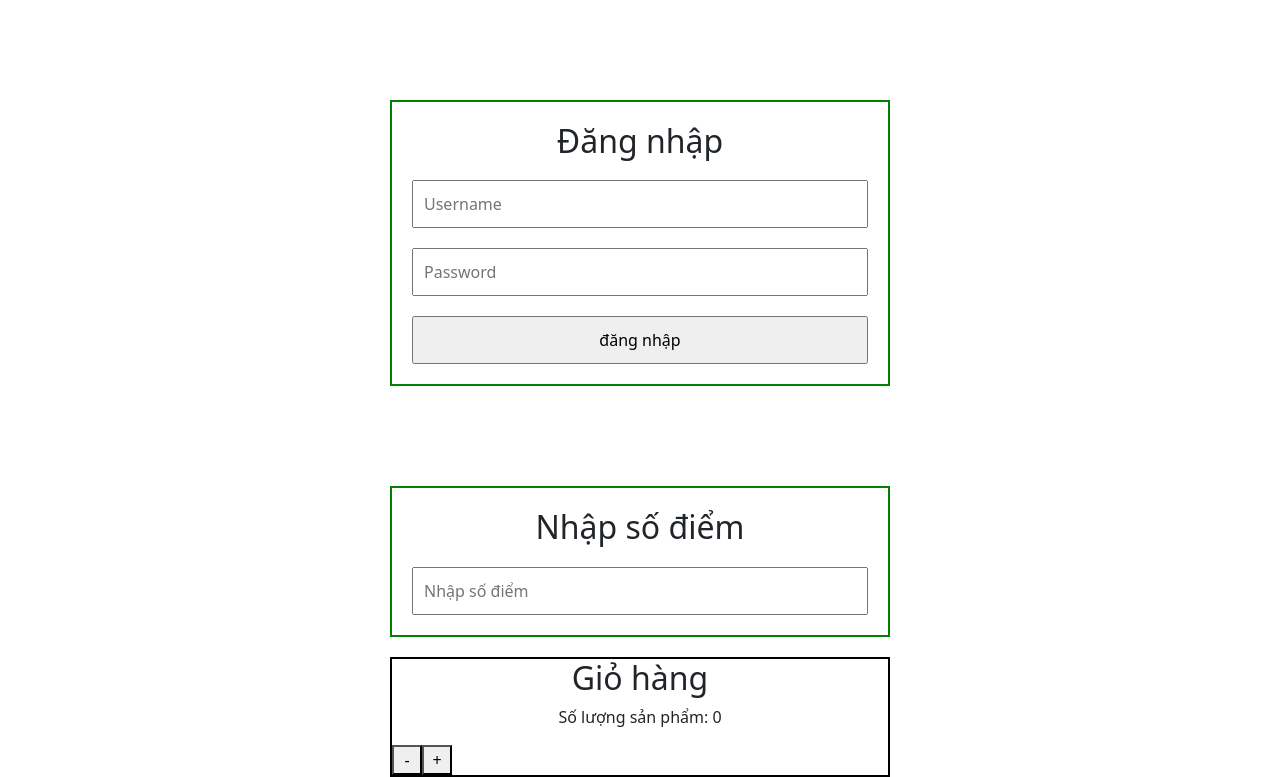
Repository: Phong-poor/frontendframework
Page: / (app in vue-lab-asm/)
An editor plug-in stored every save of this project. The page is shown before and after the next save, followed by the edit.
The browser window is 1280 px wide. The pictures show the whole page.
The project was rebuilt for these pictures with package versions that can differ from the ones it lists, and the page was loaded fresh each time. Also part of the build but not shown: vue-lab-asm/vite.config.js, vue-lab-asm/src/components/Lab1.vue, vue-lab-asm/src/components/product.vue, vue-lab-asm/src/components/Dangnhap.vue, vue-lab-asm/src/components/NotFound.vue, vue-lab-asm/src/components/Dangky.vue, vue-lab-asm/src/components/admin.vue, vue-lab-asm/src/components/admin-category.vue.

Above is the page before, as saved 2025-10-07 18:46:49.

After the next save:
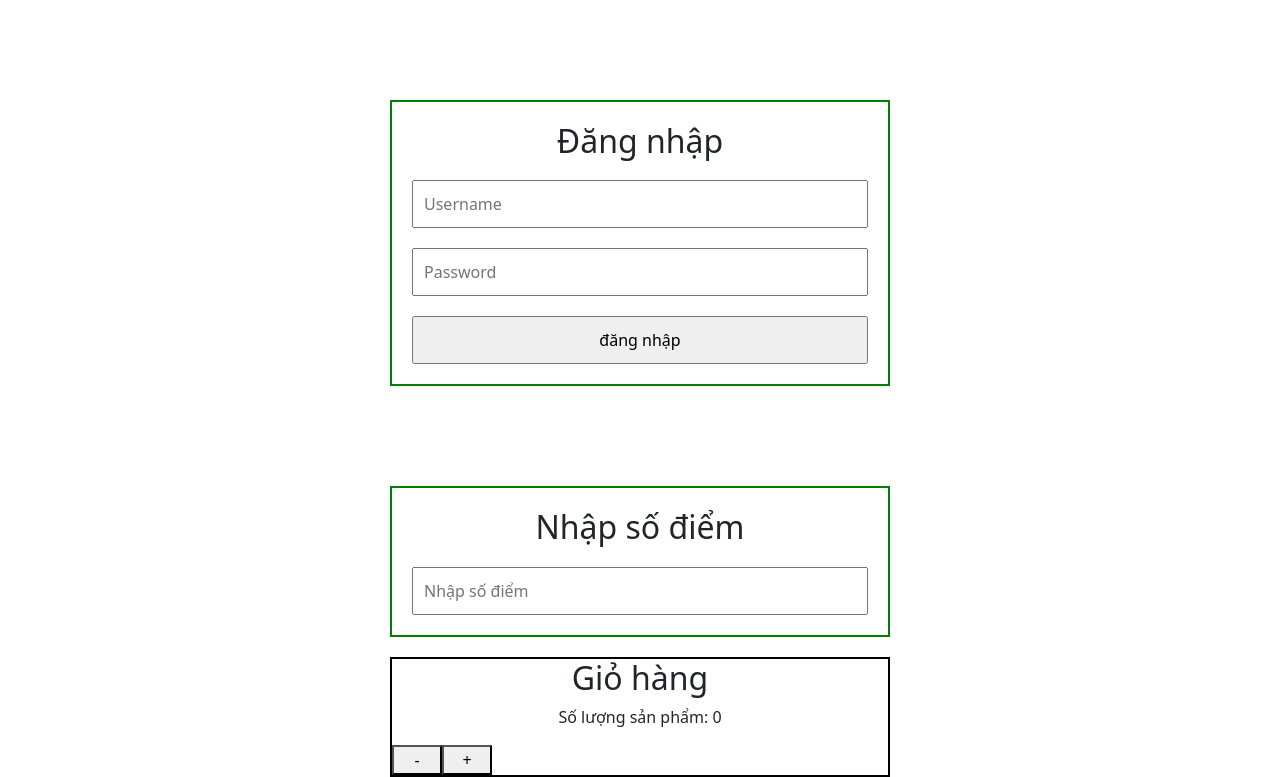
Saved 5 s later.
--- a/vue-lab-asm/src/components/Lab2.vue
+++ b/vue-lab-asm/src/components/Lab2.vue
@@ -114,6 +114,6 @@ form h2{
     text-align: center;
 }
 .Giohang button{
-    width: 30px;
+    width: 50px;
 }
 </style>
